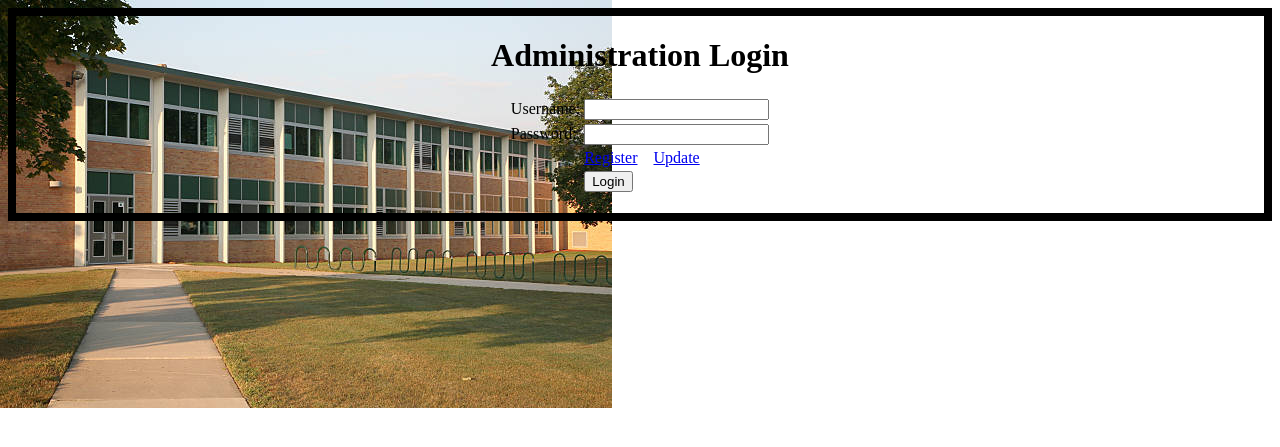
Repository: priyankagit8692/Phase_2_SimpliLearn-
Page: http://localhost/LearnerAcademyProject/AdminLogin.jsp
These files come from the project's save history. The page is drawn as it stood at one moment and after the next save; the edit follows.
The browser window is 1280 px wide. The pictures show the whole page.
The page is served by Tomcat 9. Other server files are loaded and not shown.

Above is the page before, as saved 2021-03-20 14:54:31.

### FinalProjectPhase2/LearnerAcademyProject/WebContent/AdminLogin.jsp
<%@ page language="java" contentType="text/html; charset=ISO-8859-1"
    pageEncoding="ISO-8859-1"%>
<!DOCTYPE html>
<html>
<head>
<meta charset="ISO-8859-1">
<title>Insert title here</title>
</head>
<style>
body {
  background-image: url("images/academy.jpg");
  background-repeat: no-repeat;
}
</style>
<body>
  <div align='center' style='border: solid 8px black; height: 95%'>
  <h1>Administration Login</h1>
  <form action="adminLogin" method="post" cellpadding="5" cellspacing="5">
    <table>
        <tr>
            <td>Username:</td>
            <td><input type="text" name="uname"></td>
        </tr>
        <tr>
            <td>Password:</td>
            <td><input type="password" name="password"></td>
        </tr>
        <tr>
            <td></td>
            <td><a href="AdminRegistration.jsp">Register</a>&nbsp&nbsp&nbsp&nbsp<a href="AdminUpdate.jsp">Update</a></td>
        </tr>
        <tr>
            <td></td>
            <td>
                <button type="submit">Login</button>
            </td>
        </tr>
    </table>
    <br>
    <c:if test="${not empty msg}">
        <c:out value="${msg}"/>
    </c:if>


</form>
  </div>
</body>
</html>

After the next save:
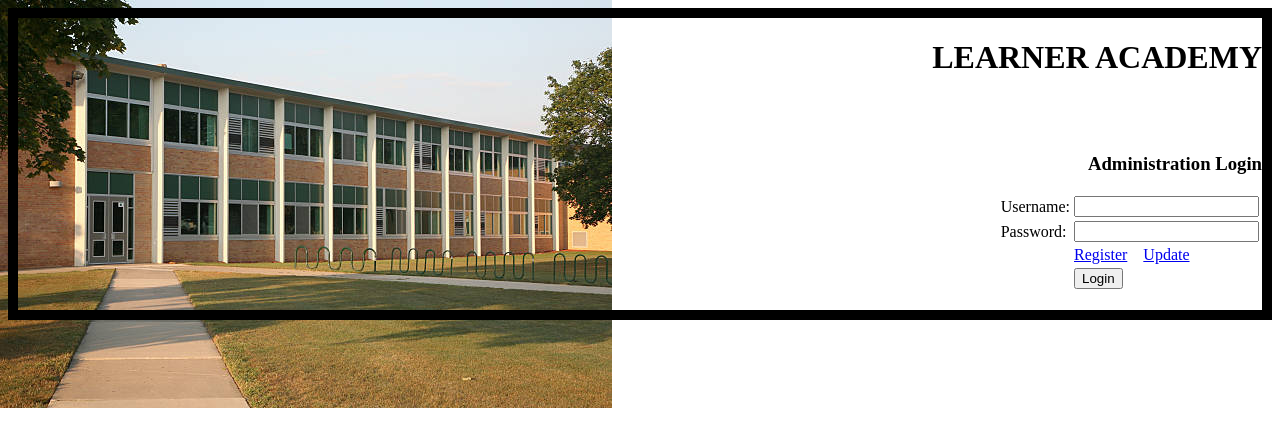
Saved 17 s later.
--- a/FinalProjectPhase2/LearnerAcademyProject/WebContent/AdminLogin.jsp
+++ b/FinalProjectPhase2/LearnerAcademyProject/WebContent/AdminLogin.jsp
@@ -13,8 +13,9 @@ body {
 }
 </style>
 <body>
-  <div align='center' style='border: solid 8px black; height: 95%'>
-  <h1>Administration Login</h1>
+  <div align='right' style='border: solid 10px black; height: 95%'>
+  <h1>LEARNER ACADEMY</h1> <br><br>
+  <h3>Administration Login</h3>
   <form action="adminLogin" method="post" cellpadding="5" cellspacing="5">
     <table>
         <tr>
